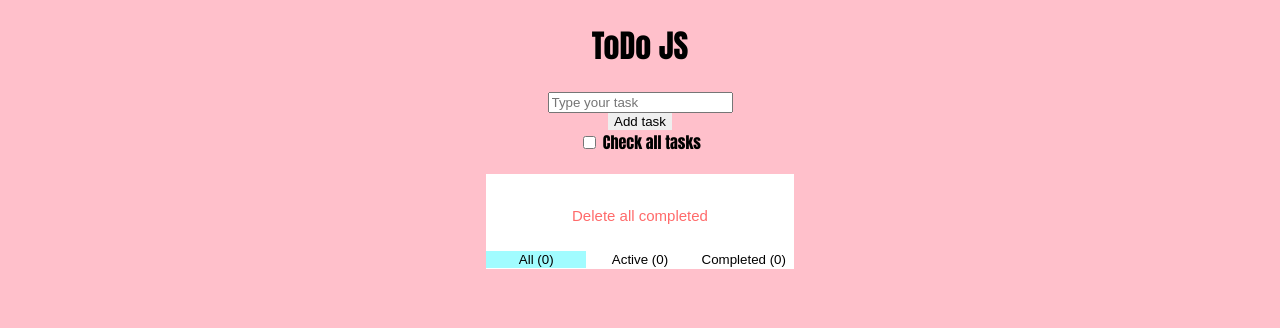
Repository: mklyagin/klyagin_todojs
Page: index.html
These files come from the project's save history. The page is drawn as it stood at one moment and after the next save; the edit follows.
The browser window is 1280 px wide. The pictures show the whole page.

Above is the page before, as saved 2024-02-27 17:55:32.

After the next save:
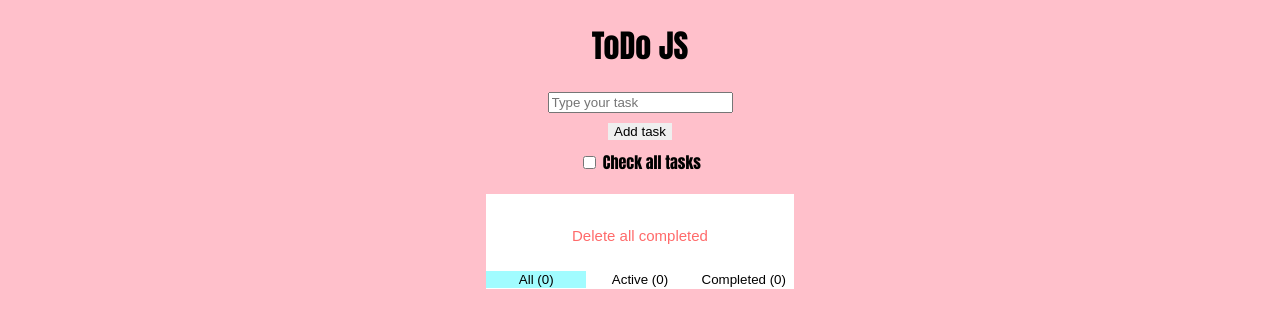
Saved 5 s later.
--- a/style.css
+++ b/style.css
@@ -57,7 +57,7 @@ li {
 }
 
 #add-task-button {
-  margin: 0 10px;
+  margin: 10px 0;
 }
 
 .tabulation {
